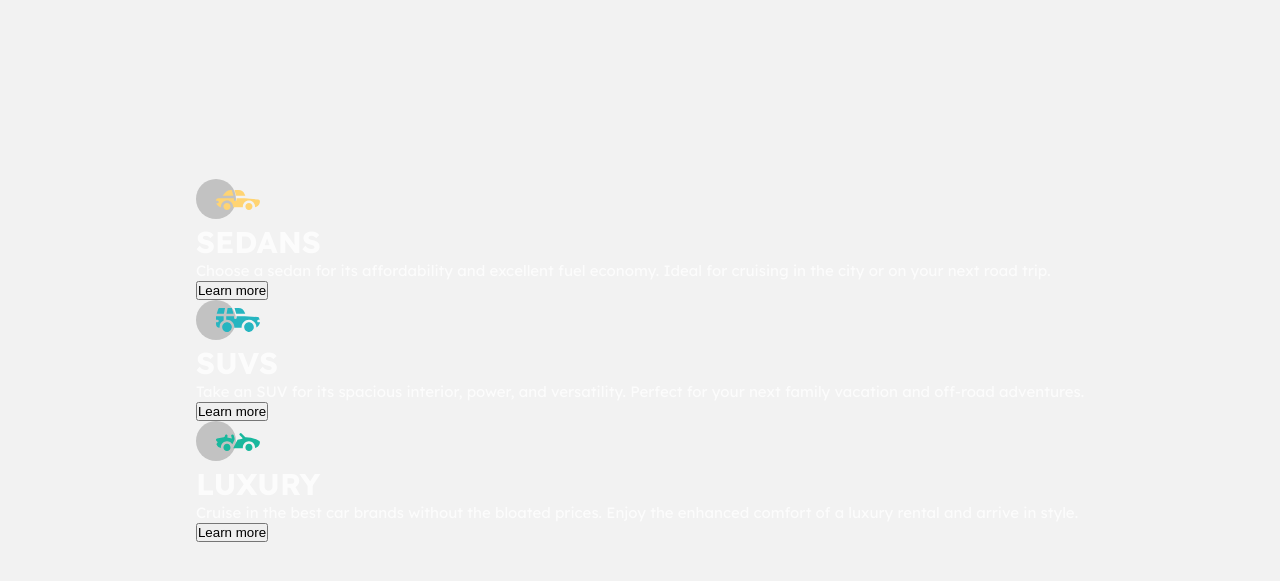
Repository: Pawan-pediredla/frontend-mentors
Page: 3-column-preview-card-component/3-column-preview-card-component-main/markup/index.html
An editor plug-in stored every save of this project. The page is shown before and after a run of saves, followed by the edit.
The browser window is 1280 px wide. The pictures show the whole page.

Above is the page before, as saved 2024-06-22 12:59:46.

### 3-column-preview-card-component/3-column-preview-card-component-main/markup/index.html
<!DOCTYPE html>
<html lang="en">
<head>
  <meta charset="UTF-8">
  <meta name="viewport" content="width=device-width, initial-scale=1.0"> <!-- displays site properly based on user's device -->

  <link rel="icon" type="image/png" sizes="32x32" href="./images/favicon-32x32.png">

  <title>Frontend Mentor | 3-column preview card component</title>

<link rel="stylesheet" href="../styling/index.css"/>
</head>
<body>
  <main>
  <div class="container"><div class="box" id="sedans">
    <img src="../images/icon-sedans.svg" alt="sedans-img"/>
    <h1>SEDANS</h1>
    <p>
      Choose a sedan for its affordability and excellent fuel economy. Ideal for cruising in the city
        or on your next road trip.
    </p>
<button class="sedandsb">Learn more</button>
  </div>
  <div class="box" id="suvs">
    <img src="../images/icon-suvs.svg" alt="suvs-img"/>
    <h1>
      SUVS
    </h1>
    <p>Take an SUV for its spacious interior, power, and versatility. Perfect for your next family vacation
      and off-road adventures.

    </p>
    <button class="suvsb">
Learn more
    </button>
  </div>
  <div class="box" id="luxury">
    <img src="../images/icon-luxury.svg" alt="luxury-img"/>
    <h1>LUXURY</h1>
    <p>
      Cruise in the best car brands without the bloated prices. Enjoy the enhanced comfort of a luxury
        rental and arrive in style.
    </p>
    <button class="luxuryb">
Learn more
    </button>
  </div></div>
  </main>
</body>
</html>

### 3-column-preview-card-component/3-column-preview-card-component-main/styling/index.css
@import url('https://fonts.googleapis.com/css2?family=Lexend+Deca:wght@100..900&display=swap');

@font-face {
    font-family: 'Big Shoulder Display';
    src: url(./assets/fonts/Big_Shoulders_Display/BigShouldersDisplay-VariableFont_wght.ttf);
}
:root {


    --Bright-orange: hsl(31, 77%, 52%);
    --Dark-cyan: hsl(184, 100%, 22%);
    --Very-dark-cyan: hsl(179, 100%, 13%);


    --Transparent-white-paragraphs: hsla(0, 0%, 100%, 0.75);
    --Very-light-gray-background-headings-buttons: hsl(0, 0%, 95%);
}

.attribution { font-size: 11px; text-align: center; }
    .attribution a { color: hsl(228, 45%, 44%); }

    *{
        margin: 0;
        padding: 0;
    }
body{
    font-family:  'Lexend Deca', sans-serif;
    font-size: 15px;
    height: 100vh;
    display: flex;
    align-items: center;
    justify-content: center;
    color: var(--Transparent-white-paragraphs);
    background-color: var(--Very-light-gray-background-headings-buttons);
}
.container{
    ddi
}

After the next 2 saves:
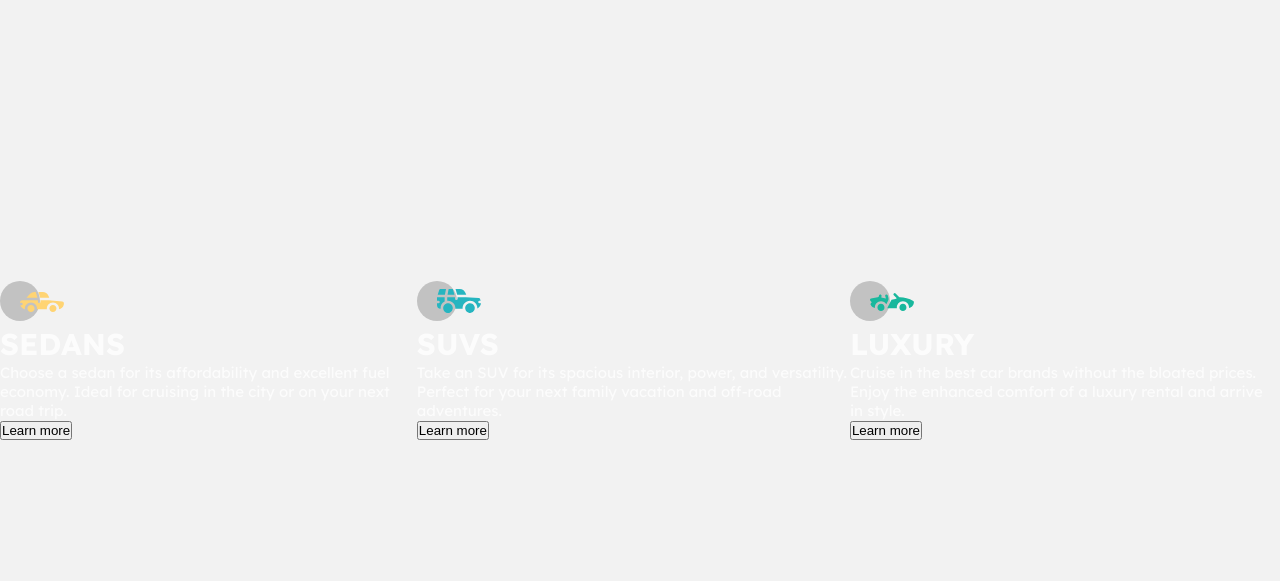
The 2 saves are shown as one change because they came seconds apart.
The last was saved 6 s later.
--- a/3-column-preview-card-component/3-column-preview-card-component-main/styling/index.css
+++ b/3-column-preview-card-component/3-column-preview-card-component-main/styling/index.css
@@ -34,5 +34,6 @@
     background-color: var(--Very-light-gray-background-headings-buttons);
 }
 .container{
-    ddi
+    display: flex;
+    width: ;
 }
